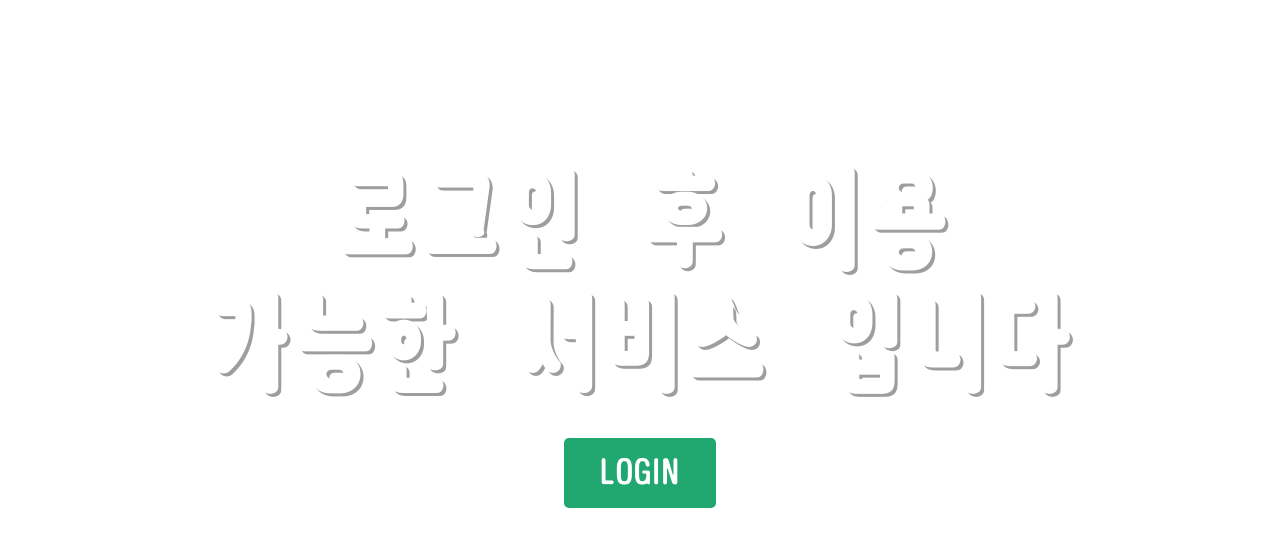
Repository: se-yoo/ChangeSeat
Page: http://localhost/ChangeSeat/infoNotMember.jsp
An editor plug-in stored every save of this project. The page is shown before and after the next save, followed by the edit.
The browser window is 1280 px wide. The pictures show the whole page.
The page is served by Tomcat 9.

Above is the page before, as saved 2018-06-26 02:52:50.

### ChangeSeat/WebContent/infoNotMember.jsp
<%@ page language="java" contentType="text/html; charset=UTF-8"
    pageEncoding="UTF-8"%>
<!DOCTYPE html>
<html>
<head>
<meta content="text/html; charset=UTF-8">
<title></title>
 <link rel="stylesheet" href="changeIndexStyle.css">
</head>
<body>
	<h2 class="header">로그인 후 이용<br>가능한 서비스 입니다</h2>
	<a href="login.jsp"><button>LOGIN</button></a>
</body>

### ChangeSeat/WebContent/changeIndexStyle.css
@CHARSET "UTF-8";
@font-face{
	font-family:yangFont;
	src:url('yangfont05.ttf') format('truetype');
}
@font-face{
	font-family:Nanum;
	src:url('NanumBarunGothicLight.ttf') format('truetype');
}
body{
	text-align:center;
	font-size:1.1em;
}
#logout{
	font-family:Nanum;
}
#login{
	font-family:Nanum;
}
p{
	font-size:1.3em;
	line-height:2em;
	color:white;
}
span{
	font-weight:bold;
  	text-shadow: 1px 1px rgba(0, 0, 0, 0.38),2px 2px rgba(0, 0, 0, 0.38);
}
button{
	width:12%;
	height:2em;
	background-color:#21a770;
	color:white;
	font-family:yangFont;
	font-size:2em;
	border:0px;
	border-radius:5px;
}
button:hover{
	background-color:white;
	color:#21a770;
	box-shadow: 2px 2px 15px gray;
}
.header {
  font-family: yangFont;
  color:white;
  font-size:7em;
  margin-top:13%;
  margin-bottom:2%;
  text-align:center;
  cursor: default;
  transition: all .4s ease-in-out;
  text-shadow: 3px 3px rgba(0, 0, 0, 0.38);
}
.logoutLink:link, .logoutLink:active, .logoutLink:visited{
	color:#fffeef;
	text-decoration:none;
	font-size:0.9em;
}
.logoutLink:hover{
	text-decoration:underline;
	font-size:0.9em;
}

After the next save:
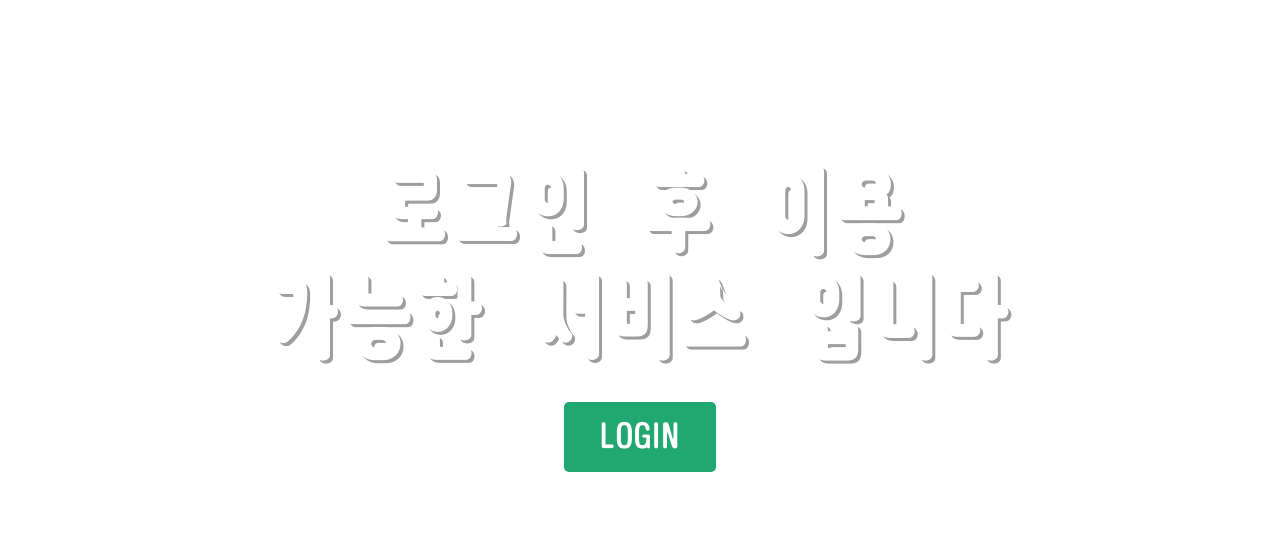
Saved 40 s later.
--- a/ChangeSeat/WebContent/infoNotMember.jsp
+++ b/ChangeSeat/WebContent/infoNotMember.jsp
@@ -8,6 +8,6 @@
  <link rel="stylesheet" href="changeIndexStyle.css">
 </head>
 <body>
-	<h2 class="header">로그인 후 이용<br>가능한 서비스 입니다</h2>
+	<h2 class="header" style="font-size:6em;">로그인 후 이용<br>가능한 서비스 입니다</h2>
 	<a href="login.jsp"><button>LOGIN</button></a>
 </body>
